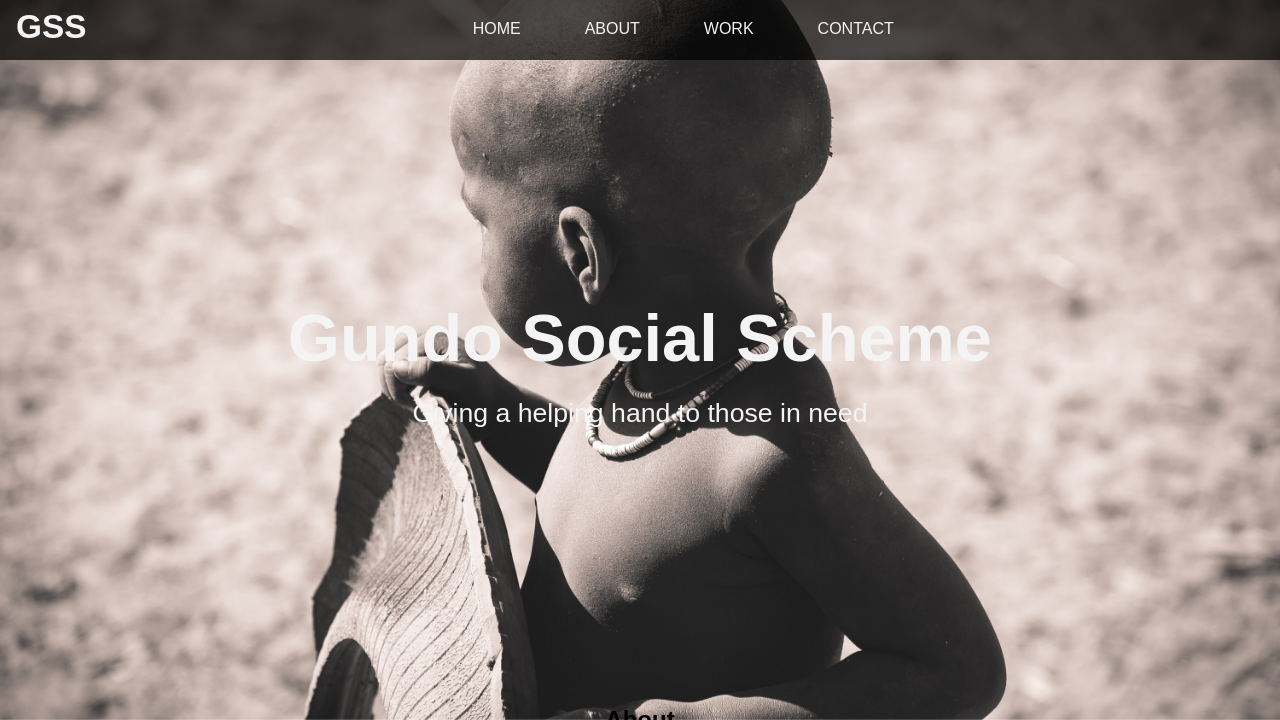
Repository: blessingNtoko/gss-basic_website
Page: index.html
These files come from the project's save history. The page is drawn as it stood at one moment and after the next save; the edit follows.
The browser window is 1280 px wide. The pictures show the whole page.
An inner scrolling area shows only its first screen.

Above is the page before, as saved 2020-05-13 00:25:18.

After the next save:
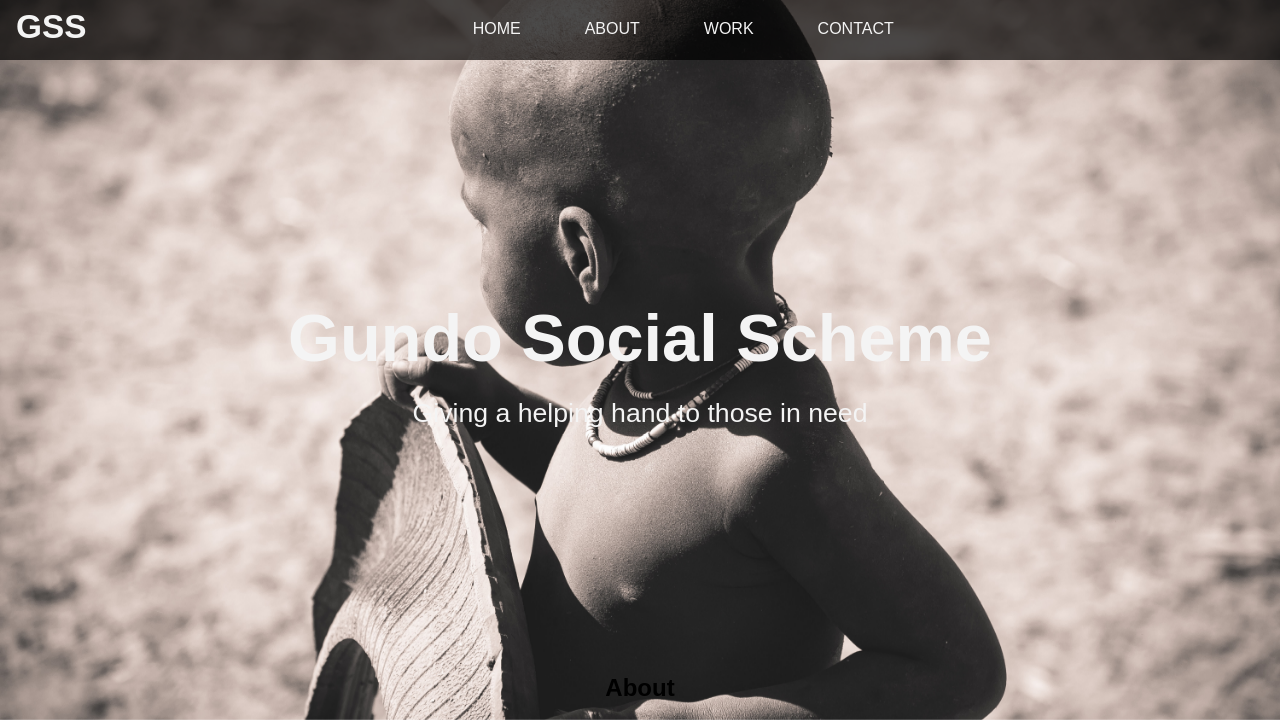
Saved 37 s later.
--- a/style.css
+++ b/style.css
@@ -128,4 +128,5 @@ section {
     display: flex;
     flex-direction: row;
     justify-content: center;
+    margin-top: 2rem;
 }
